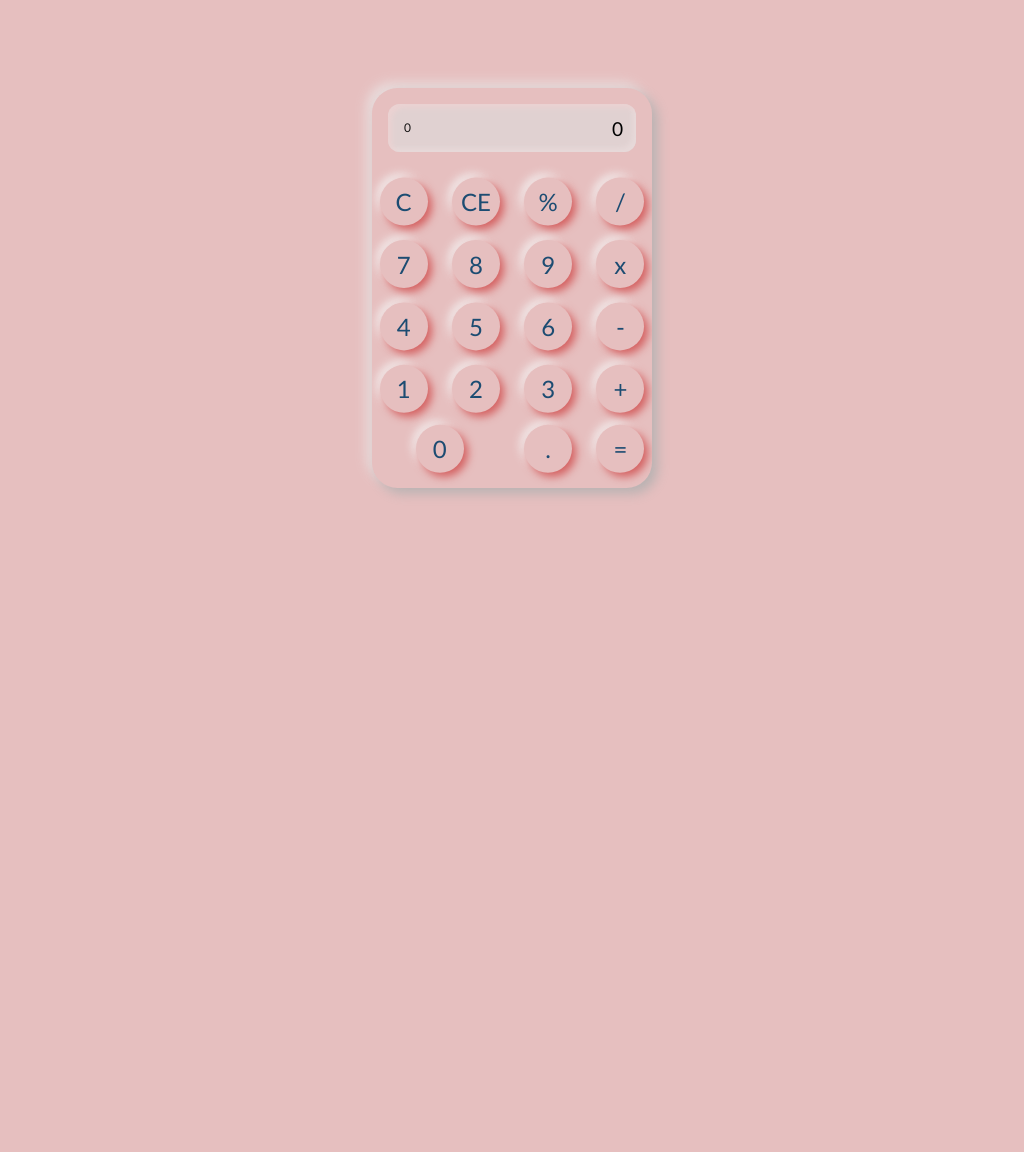
Repository: Goldmyn/Calculator
Page: index.html
These files come from the project's save history. The page is drawn as it stood at one moment and after a run of saves; the edit follows.
The browser window is 1280 px wide. The pictures show the whole page, at 80% of full size.

Above is the page before, as saved 2022-09-28 04:55:04.

After the next 3 saves:
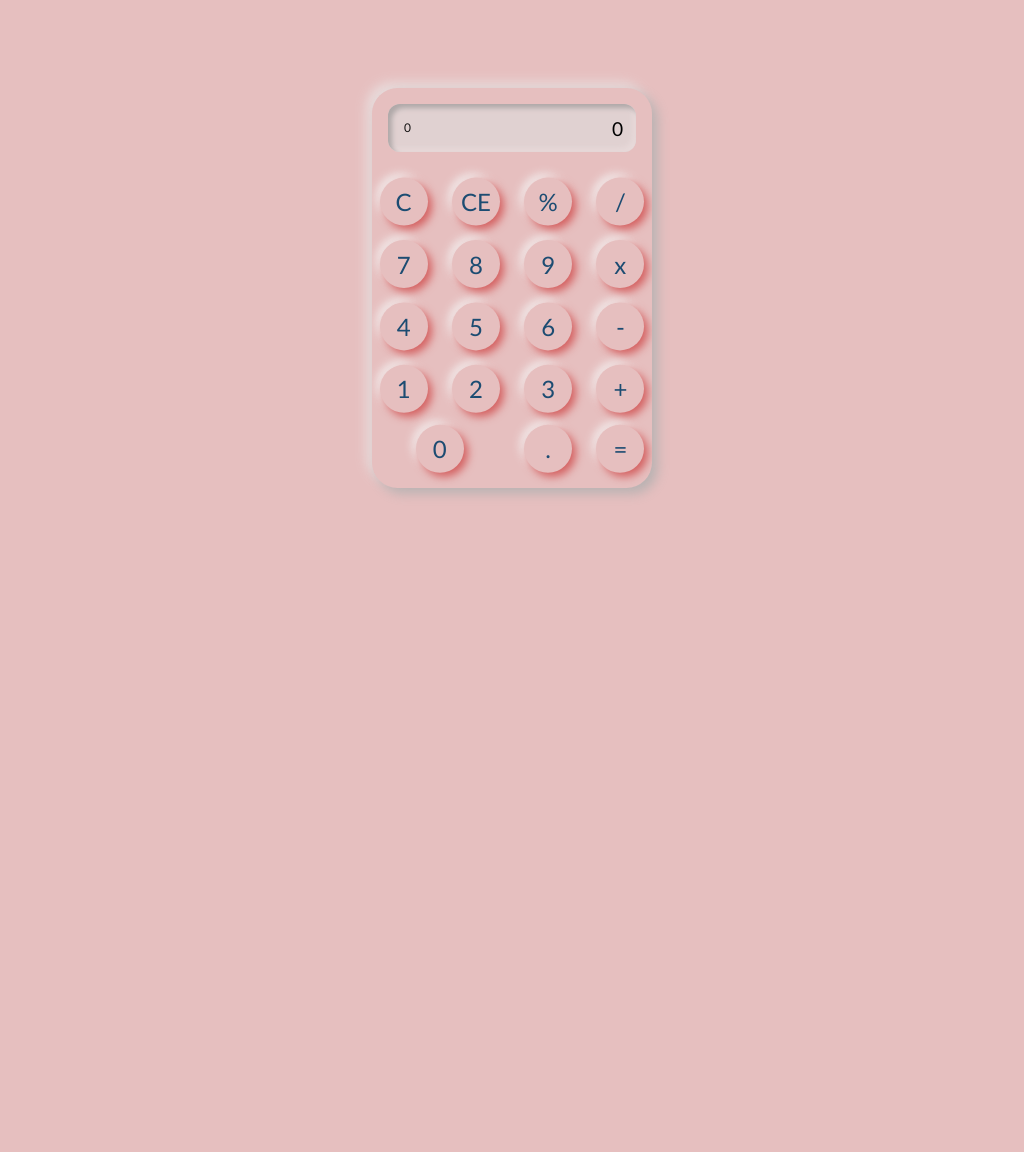
The 3 saves are shown as one change because they came seconds apart.
The last was saved 10 s later.
--- a/index.css
+++ b/index.css
@@ -53,7 +53,7 @@
     border-radius: 15px;
     background: #e0d1d1;
     font-size: 24px;
-    box-shadow: inset 5px 5px 7px #ebd2d2, inset -5px -5px 7px #e7d9d9;
+    box-shadow: inset 5px 5px 7px #afa8a8, inset -5px -5px 7px #e7d9d9;
   }
 
   .temp-result {
